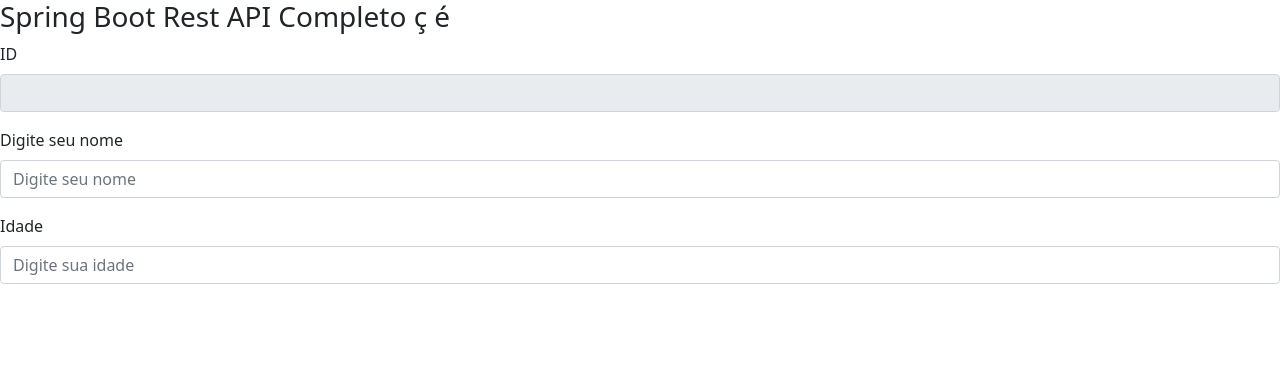
Repository: aldo-pereira22/projeto-srping-boot-1
Page: back-end/springboot-rest-api-sample/src/main/resources/static/index.html
An editor plug-in stored every save of this project. The page is shown before and after the next save, followed by the edit.
The browser window is 1280 px wide. The pictures show the whole page.

Above is the page before, as saved 2021-06-08 19:52:46.

### back-end/springboot-rest-api-sample/src/main/resources/static/index.html
<html>

<head>

	<meta charset="utf-8">
	<title> Srping Boot com </title>
	<!-- Bootstrap CSS -->
	<link href="https://cdn.jsdelivr.net/npm/bootstrap@5.0.1/dist/css/bootstrap.min.css" rel="stylesheet"
		integrity="sha384-+0n0xVW2eSR5OomGNYDnhzAbDsOXxcvSN1TPprVMTNDbiYZCxYbOOl7+AMvyTG2x" crossorigin="anonymous">

</head>

<body>
	<h3> Spring Boot Rest API Completo ç é </h3>


	<form action="" id="formCadastroUser">
		<div class="mb-3">
			<label for="id" class="form-label">ID</label>
			<input type="text" class="form-control" id="id" readonly="readonly">
		</div>

		<div class="mb-3">
			<label for="nome" class="form-label">Digite seu nome</label>
			<input type="text" class="form-control" id="nome" required="required" placeholder="Digite seu nome">
		</div>
		<div class="mb-3">
			<label for="idade" class="form-label"> Idade </label>
			<input type="number" class="form-control" id="idade" required="required" placeholder="Digite sua idade">
		</div>


	</form>
	<!-- Option 1: Bootstrap Bundle with Popper -->
	<script src="https://cdn.jsdelivr.net/npm/bootstrap@5.0.1/dist/js/bootstrap.bundle.min.js"
		integrity="sha384-gtEjrD/SeCtmISkJkNUaaKMoLD0//ElJ19smozuHV6z3Iehds+3Ulb9Bn9Plx0x4"
		crossorigin="anonymous"></script>
</body>

</html>

After the next save:
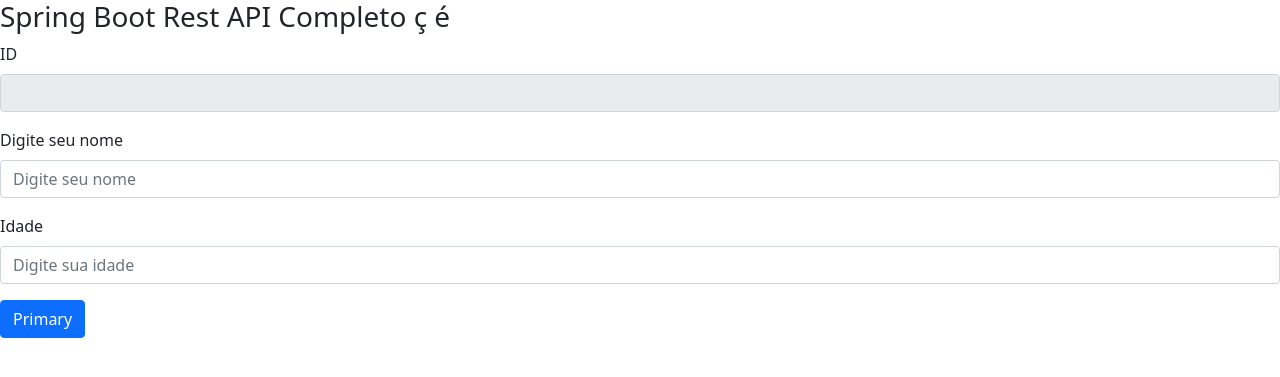
Saved 8 min 2 s later.
--- a/back-end/springboot-rest-api-sample/src/main/resources/static/index.html
+++ b/back-end/springboot-rest-api-sample/src/main/resources/static/index.html
@@ -31,6 +31,9 @@
 
 
 	</form>
+	<button type="button" class="btn btn-primary">Primary</button>
+
+	<script src="https://code.jquery.com/jquery-3.6.0.min.js" integrity="sha256-/xUj+3OJU5yExlq6GSYGSHk7tPXikynS7ogEvDej/m4=" crossorigin="anonymous"></script>
 	<!-- Option 1: Bootstrap Bundle with Popper -->
 	<script src="https://cdn.jsdelivr.net/npm/bootstrap@5.0.1/dist/js/bootstrap.bundle.min.js"
 		integrity="sha384-gtEjrD/SeCtmISkJkNUaaKMoLD0//ElJ19smozuHV6z3Iehds+3Ulb9Bn9Plx0x4"
